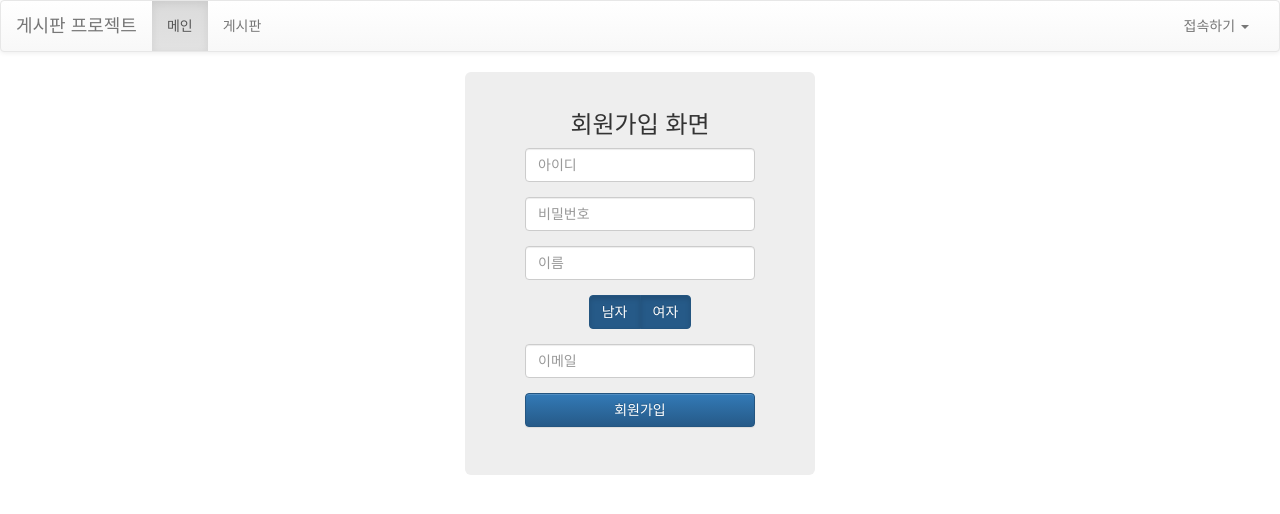
Repository: Seok7975/JSP-Education
Page: http://localhost/BBS/main.jsp
These files come from the project's save history. The page is drawn as it stood at one moment and after the next save; the edit follows.
The browser window is 1280 px wide. The pictures show the whole page.
Some web libraries are served in a nearby version. The page is served by Tomcat 9. Other server files are loaded and not shown.

Above is the page before, as saved 2024-06-05 07:14:37.

### List_Projects/BBS/src/main/webapp/main.jsp
 <!-- 회원가입화면 -->
<%@ page language="java" contentType="text/html; charset=UTF-8"
    pageEncoding="UTF-8"%>
<%@ page import="java.io.PrintWriter" %>
<!DOCTYPE html>
<html>
<head>
<meta http-equiv="Content-Type" content="text/html; charset=UTF-8">
<meta name="viewport" content="width=device-width, initial-scale=1">
<!-- Latest compiled and minified CSS -->
<link rel="stylesheet" href="https://cdn.jsdelivr.net/npm/bootstrap@3.3.7/dist/css/bootstrap.min.css" integrity="sha384-BVYiiSIFeK1dGmJRAkycuHAHRg32OmUcww7on3RYdg4Va+PmSTsz/K68vbdEjh4u" crossorigin="anonymous">
<!-- Optional theme -->
<link rel="stylesheet" href="https://cdn.jsdelivr.net/npm/bootstrap@3.3.7/dist/css/bootstrap-theme.min.css" integrity="sha384-rHyoN1iRsVXV4nD0JutlnGaslCJuC7uwjduW9SVrLvRYooPp2bWYgmgJQIXwl/Sp" crossorigin="anonymous">
<!-- jQuery (necessary for Bootstrap's JavaScript plugins) -->
<script src="https://code.jquery.com/jquery-3.1.1.min.js"></script>
<!-- Latest compiled and minified JavaScript -->
<script src="https://cdn.jsdelivr.net/npm/bootstrap@3.3.7/dist/js/bootstrap.min.js" integrity="sha384-Tc5IQib027qvyjSMfHjOMaLkfuWVxZxUPnCJA7l2mCWNIpG9mGCD8wGNIcPD7Txa" crossorigin="anonymous"></script>
<title>JSP 게시판 웹 사이트</title>
</head>
<body>
<%
	String userID = null;
	if (session.getAttribute("userID") != null) {
		userID = (String) session.getAttribute("userID");
	}
%>
	<nav class="navbar navbar-default">
		<div class="container-fluid">
			<div class="navbar-header">
				<button type="button" class="navbar-toggle collapsed" data-toggle="collapse" data-target="#bs-example-navbar-collapse-1" aria-expanded="false">
					<span class="sr-only">Toggle navigation</span>
					<span class="icon-bar"></span>
					<span class="icon-bar"></span>
					<span class="icon-bar"></span>
				</button>
				<a class="navbar-brand" href="main.jsp">게시판 프로젝트</a>
			</div>
			<div class="collapse navbar-collapse" id="bs-example-navbar-collapse-1">
				<ul class="nav navbar-nav">
					<li class="active"><a href="main.jsp">메인</a></li>
					<li><a href="bbs.jsp">게시판</a></li>
				</ul>
				<%
					if(userID == null) {
				%>
					<ul class="nav navbar-nav navbar-right">
						<li class="dropdown">
							<a href="#" class="dropdown-toggle" data-toggle="dropdown" role="button" aria-haspopup="true" aria-expanded="false">접속하기 <span class="caret"></span></a>
							<ul class="dropdown-menu">
								<li><a href="login.jsp">로그인</a></li>
								<li><a href="join.jsp">회원가입</a></li>
							</ul>
						</li>
					</ul>
				<%
					} else {
				%>
						<ul class="nav navbar-nav navbar-right">
						<li class="dropdown">
							<a href="#" class="dropdown-toggle" data-toggle="dropdown" role="button" aria-haspopup="true" aria-expanded="false">회원관리<span class="caret"></span></a>
							<ul class="dropdown-menu">
								<li><a href="logoutAction.jsp">로그아웃</a></li>
							</ul>
						</li>
					</ul>
				<%
					}
				%>
			</div>
		</div>
	</nav>
	<div class="container">
		<div class="col-lg-4"></div>
		<div class="col-lg-4">
			<div class="jumbotron" style="padding-top: 20px;">
				<form method="post" action="joinAction.jsp">
					<h3 style="text-align: center;">회원가입 화면</h3>
					<div class="form-group">
						<input type="text" class="form-control" placeholder="아이디" name="userID" maxlength="20">
					</div>
					<div class="form-group">
						<input type="password" class="form-control" placeholder="비밀번호" name="userPassword" maxlength="20">
					</div>
					<div class="form-group">
						<input type="text" class="form-control" placeholder="이름" name="userName" maxlength="20">
					</div>
					<div class="form-group" style="text-align : center;">
						<div class="btn-group" data-toggle="buttons">
							<label class="btn btn-primary active">
								<input type="radio" name="userGender" autocomplete="off" value="남자" checked>남자
							</label>
							<label class="btn btn-primary active">
								<input type="radio" name="userGender" autocomplete="off" value="여자" checked>여자
							</label>
						</div>
					</div>
					<div class="form-group">
						<input type="email" class="form-control" placeholder="이메일" name="userEmail" maxlength="20">
					</div>
					<input type="submit" class="btn btn-primary form-control" value="회원가입">
				</form>
			</div>
		</div>
		<div class="col-lg-4"></div>
	</div>
</body>
</html>

After the next save:
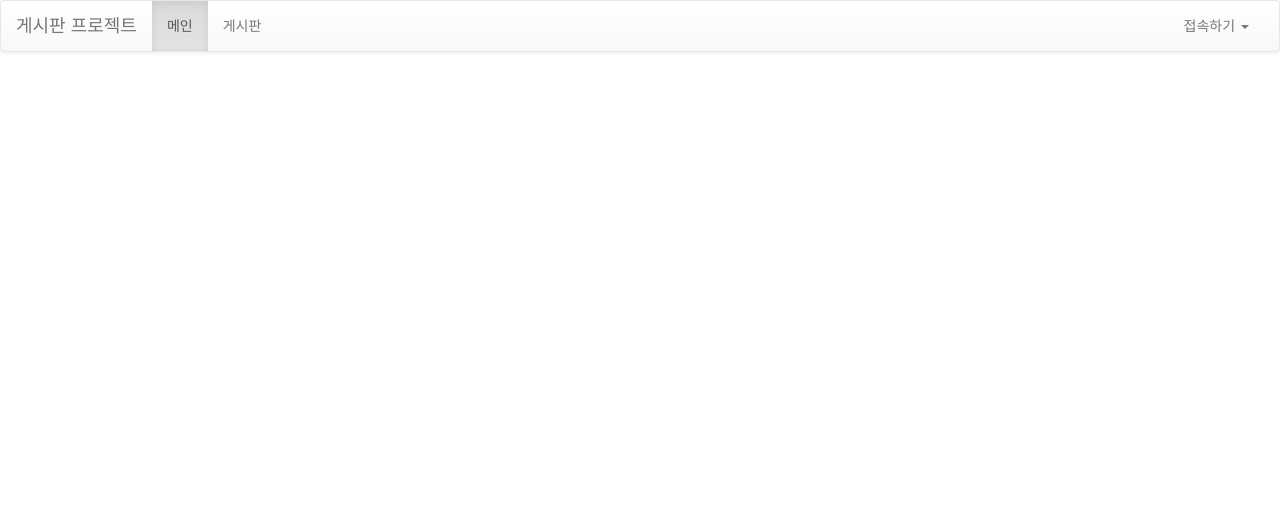
Saved 15 s later.
--- a/List_Projects/BBS/src/main/webapp/main.jsp
+++ b/List_Projects/BBS/src/main/webapp/main.jsp
@@ -69,39 +69,5 @@
 			</div>
 		</div>
 	</nav>
-	<div class="container">
-		<div class="col-lg-4"></div>
-		<div class="col-lg-4">
-			<div class="jumbotron" style="padding-top: 20px;">
-				<form method="post" action="joinAction.jsp">
-					<h3 style="text-align: center;">회원가입 화면</h3>
-					<div class="form-group">
-						<input type="text" class="form-control" placeholder="아이디" name="userID" maxlength="20">
-					</div>
-					<div class="form-group">
-						<input type="password" class="form-control" placeholder="비밀번호" name="userPassword" maxlength="20">
-					</div>
-					<div class="form-group">
-						<input type="text" class="form-control" placeholder="이름" name="userName" maxlength="20">
-					</div>
-					<div class="form-group" style="text-align : center;">
-						<div class="btn-group" data-toggle="buttons">
-							<label class="btn btn-primary active">
-								<input type="radio" name="userGender" autocomplete="off" value="남자" checked>남자
-							</label>
-							<label class="btn btn-primary active">
-								<input type="radio" name="userGender" autocomplete="off" value="여자" checked>여자
-							</label>
-						</div>
-					</div>
-					<div class="form-group">
-						<input type="email" class="form-control" placeholder="이메일" name="userEmail" maxlength="20">
-					</div>
-					<input type="submit" class="btn btn-primary form-control" value="회원가입">
-				</form>
-			</div>
-		</div>
-		<div class="col-lg-4"></div>
-	</div>
 </body>
 </html>
